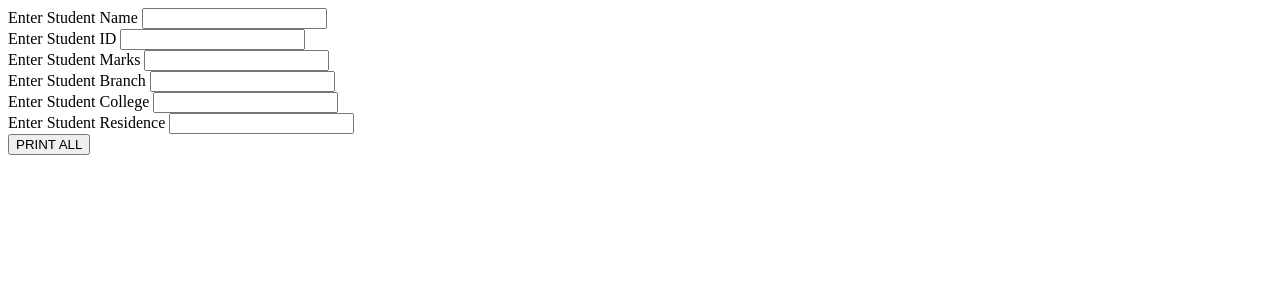
Repository: emilianocarvalho/ServidoresWeb
Page: GetParameters/WebContent/EstudentData.html
An editor plug-in stored every save of this project. The page is shown before and after the next save, followed by the edit.
The browser window is 1280 px wide. The pictures show the whole page.

Above is the page before, as saved 2015-09-08 02:50:50.

After the next save:
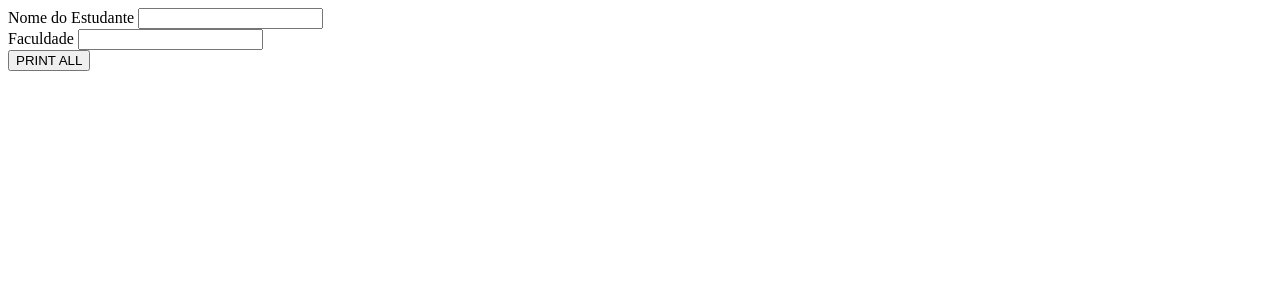
Saved 28 s later.
--- a/GetParameters/WebContent/EstudentData.html
+++ b/GetParameters/WebContent/EstudentData.html
@@ -7,12 +7,8 @@
 <body>
   <form method="get" action="addStudent">
 
-    Enter Student Name      <input type="text" name="t1"> <br>
-    Enter Student ID        <input type="text" name="t2"> <br>
-    Enter Student Marks     <input type="text" name="t3"> <br>
-    Enter Student Branch    <input type="text" name="t4"> <br>
-    Enter Student College   <input type="text" name="t5"> <br>
-    Enter Student Residence <input type="text" name="t6"> <br>
+    Nome do Estudante       <input type="text" name="t1"> <br>
+    Faculdade               <input type="text" name="t2"> <br>
     <input type="submit" value="PRINT ALL"> <br>
 
   </form>
